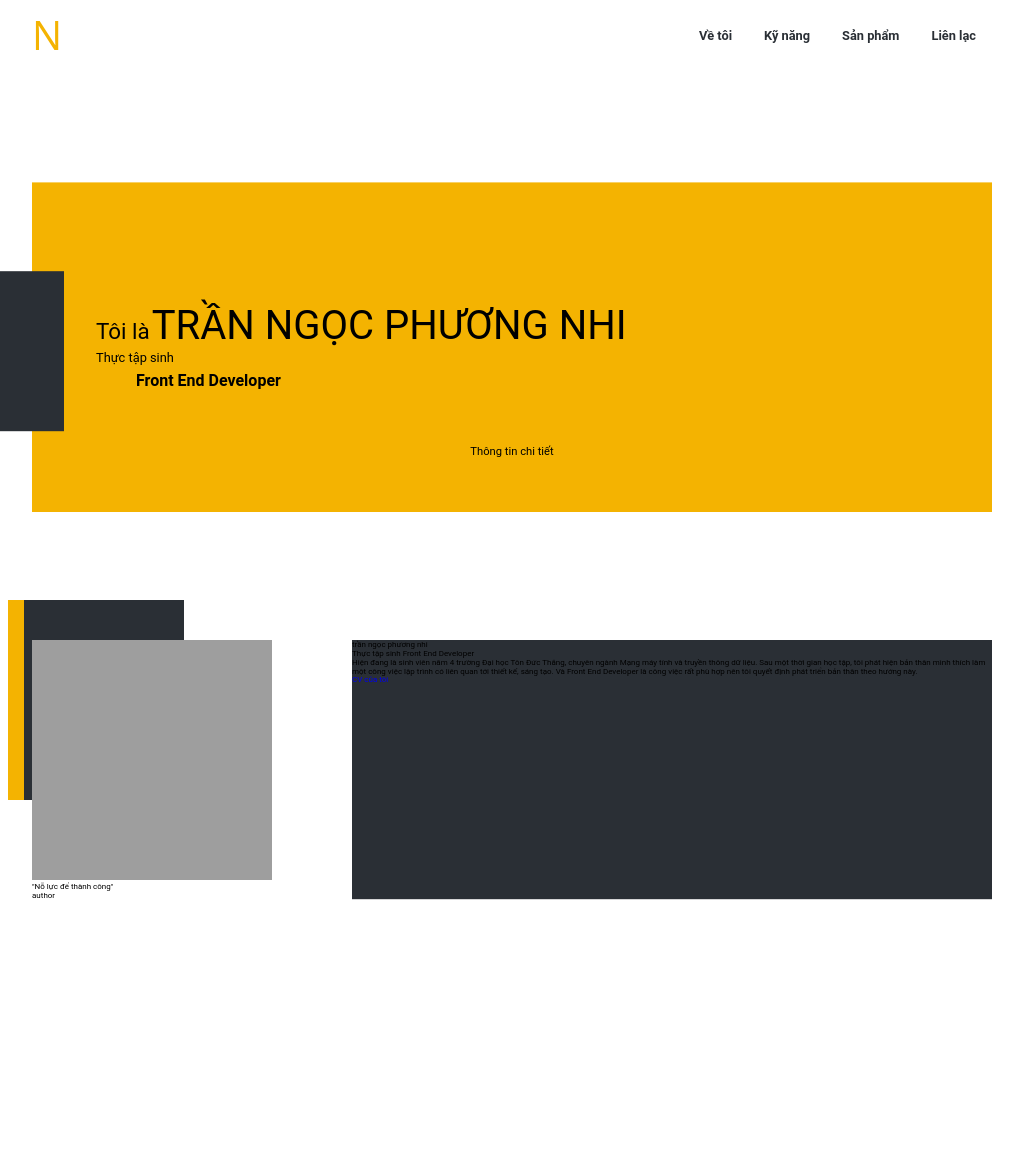
Repository: TranNgocPhuongNhi/my-portfolio
Page: index.html
The author's editor kept a copy of each file at every save. The page is drawn from the files as they stood at one save, then again after a run of saves.
The browser window is 1280 px wide. The pictures show the whole page, at 80% of full size.
Pictures or frames that could not be fetched are drawn as grey boxes. Some icons come from a web library that is not loaded, so they are not drawn. Some web libraries are served in a nearby version.

Above is the page before, as saved 2021-07-04 16:06:44.

After the next 2 saves:
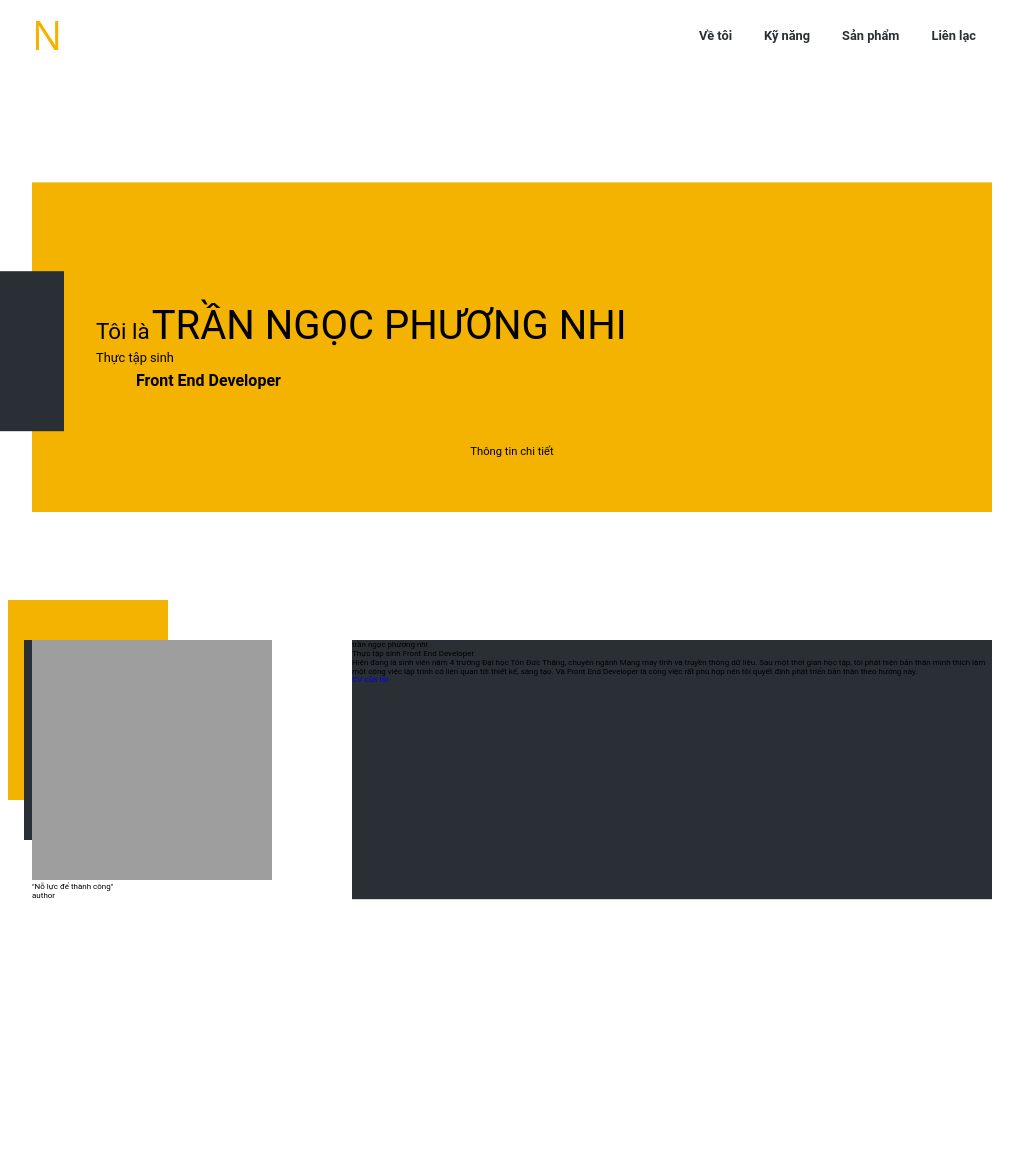
The 2 saves are shown as one change because they came seconds apart.
The last was saved 12 s later.
--- a/resources/css/main.css
+++ b/resources/css/main.css
@@ -191,7 +191,7 @@ a {
     height: 25rem;
     background-color: var(--primary2);
     position: absolute;
-    top: 3rem;
+    top: 8rem;
     left: -1rem;
     z-index: -1;
 }
